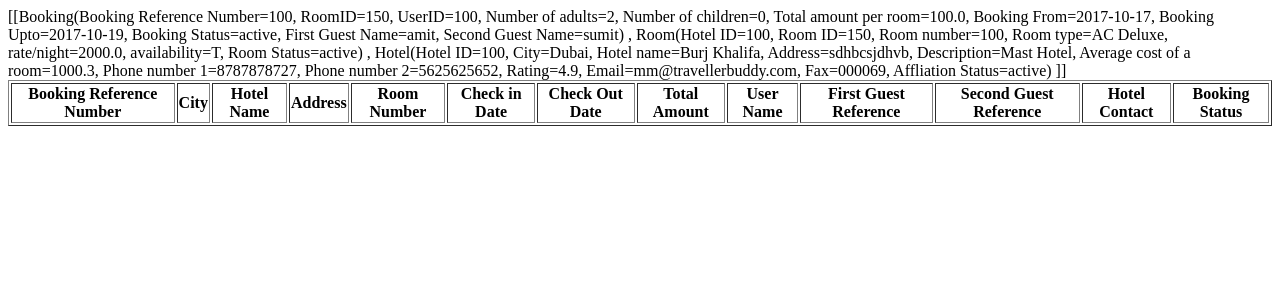
Repository: dishangjain/SpringProject
Page: http://localhost/HotelBookingManagementSystem/JSPs/BookingStatus.jsp
An editor plug-in stored every save of this project. The page is shown before and after the next save, followed by the edit.
The browser window is 1280 px wide. The pictures show the whole page.
The page is served by Tomcat 9. Nobody is signed in. The application's start-up code is not run.

Above is the page before, as saved 2017-10-16 06:03:13.

After the next save:
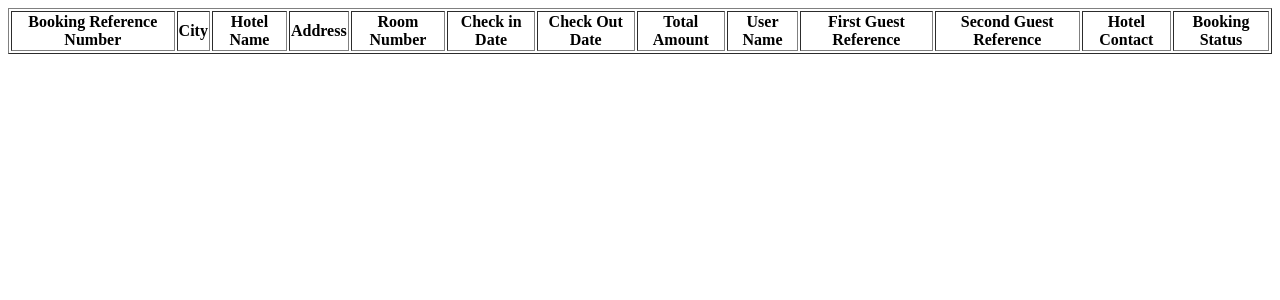
Saved 10 s later.
--- a/HotelBookingManagementSystem/WebContent/JSPs/BookingStatus.jsp
+++ b/HotelBookingManagementSystem/WebContent/JSPs/BookingStatus.jsp
@@ -8,18 +8,6 @@
 		<title>Your bookings</title>
 	</head>
 	<body>
-
-
-
-	[[Booking(Booking Reference Number=100, RoomID=150, UserID=100, Number of adults=2, Number of children=0,
-	 Total amount per room=100.0, Booking From=2017-10-17, Booking Upto=2017-10-19, Booking Status=active,
-	  First Guest Name=amit, Second Guest Name=sumit) , Room(Hotel ID=100, Room ID=150, Room number=100,
-	   Room type=AC Deluxe, rate/night=2000.0, availability=T, Room Status=active) , Hotel(Hotel ID=100,
-	    City=Dubai, Hotel name=Burj Khalifa, Address=sdhbcsjdhvb, Description=Mast Hotel, Average cost of a room=1000.3,
-	     Phone number 1=8787878727, Phone number 2=5625625652, Rating=4.9, Email=mm@travellerbuddy.com, Fax=000069,
-	      Affliation Status=active) ]]
-
-
 			<table border="1">
 			<tr>
 				<th>Booking Reference Number</th>
